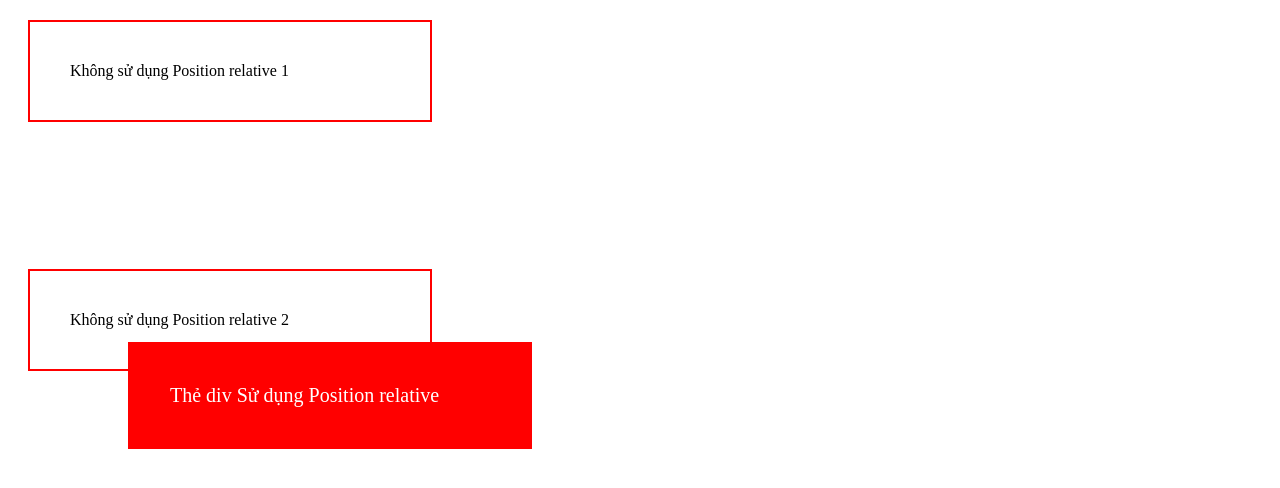
Repository: tandoan-teaching/teaching
Page: ltt/web/exercises/exercise2/position/relative.html
An editor plug-in stored every save of this project. The page is shown before and after the next save, followed by the edit.
The browser window is 1280 px wide. The pictures show the whole page.

Above is the page before, as saved 2024-03-23 08:07:46.

After the next save:
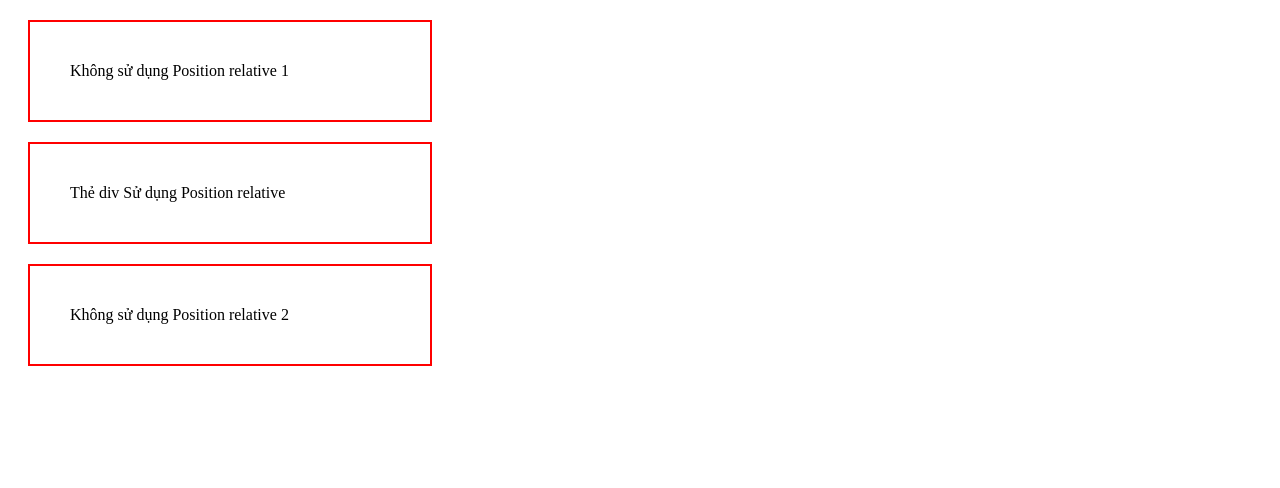
Saved 6 s later.
--- a/ltt/web/exercises/exercise2/position/relative.html
+++ b/ltt/web/exercises/exercise2/position/relative.html
@@ -14,7 +14,7 @@
         border: 2px solid red;
     }
 
-    .relative {
+    relative {
         position: relative;
         left: 100px;
         top: 200px;

After the save that followed:
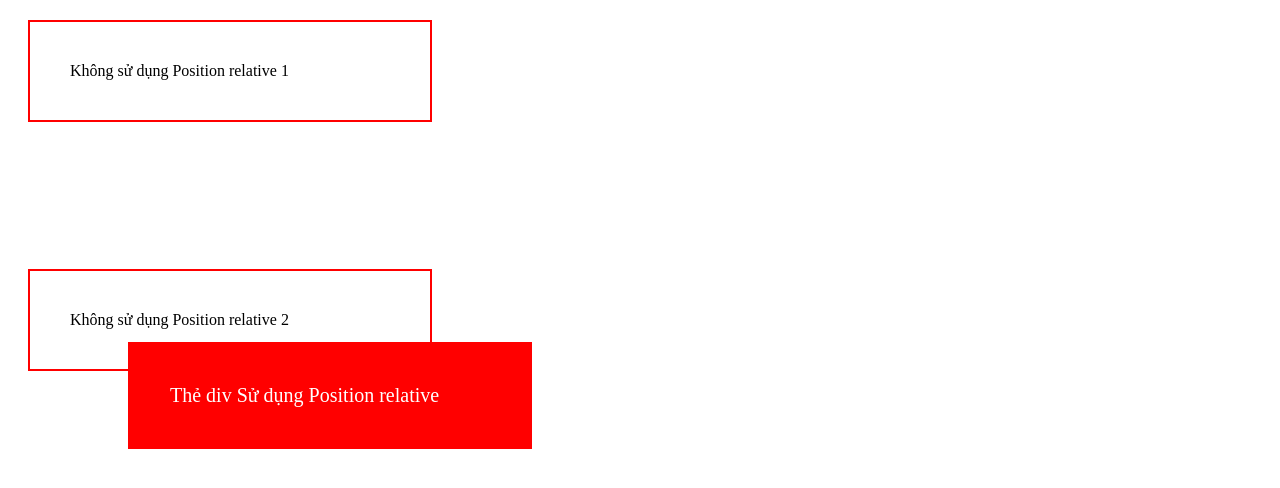
Saved 48 s later.
--- a/ltt/web/exercises/exercise2/position/relative.html
+++ b/ltt/web/exercises/exercise2/position/relative.html
@@ -14,10 +14,10 @@
         border: 2px solid red;
     }
 
-    relative {
+    .relative {
         position: relative;
+        top: 200px;
         left: 100px;
-        top: 200px;
         background-color: #ff0000;
         color: white;
         font-size: 20px;
